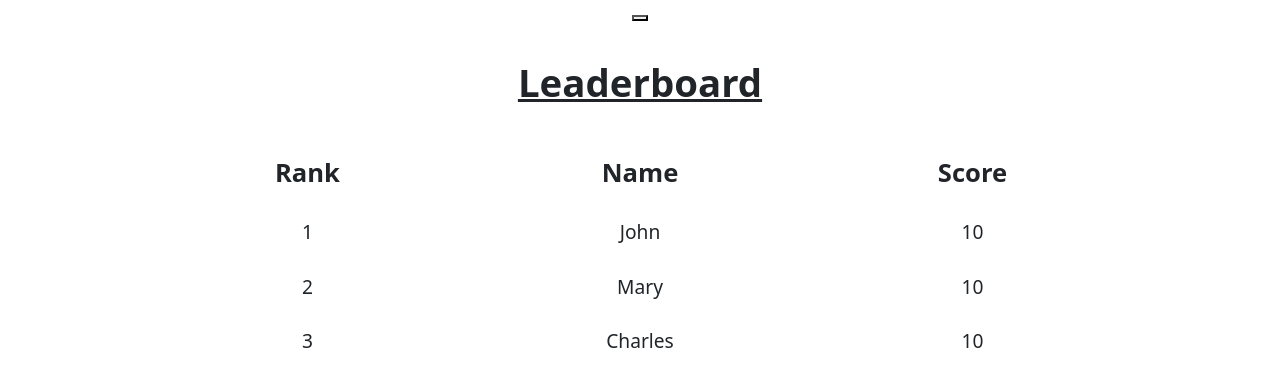
Repository: themaxermister/tik-tok-2022-A1-Hangman
Page: /
These files come from the project's save history. The page is drawn as it stood at one moment and after the next save; the edit follows.
The browser window is 1280 px wide. The pictures show the whole page.
The project was rebuilt for these pictures with package versions that can differ from the ones it lists, and the page was loaded fresh each time. Also part of the build but not shown: src/components/CustomButton.jsx, src/pages/Start.jsx.

Above is the page before, as saved 2022-05-23 17:56:54.

After the next save:
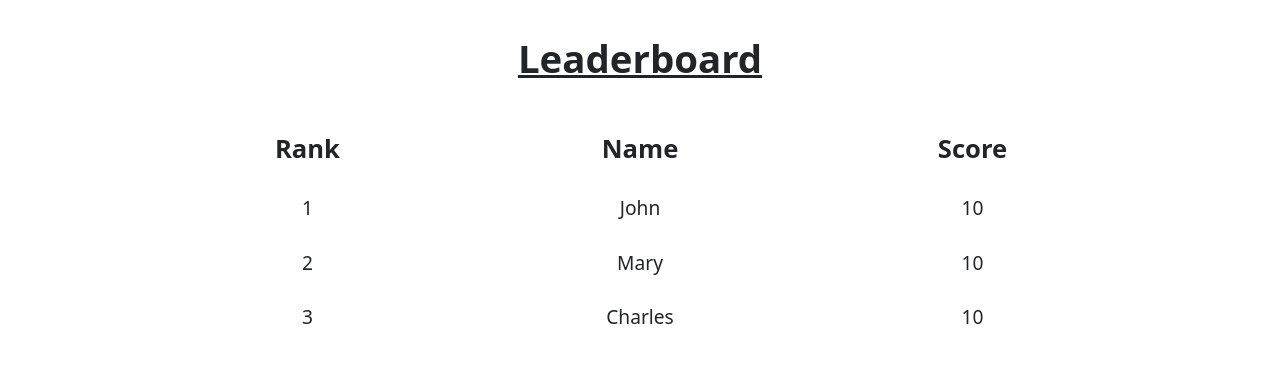
Saved 6 s later.
--- a/src/components/BackButton.jsx
+++ b/src/components/BackButton.jsx
@@ -5,7 +5,7 @@ const BackButton = () => {
 
   return (
     <React.Fragment>
-      <button><i class="bi bi-arrow-left"></i></button>
+      <i class="bi bi-arrow-left"></i>
     </React.Fragment>
   );
 };

After the 3 saves that followed:
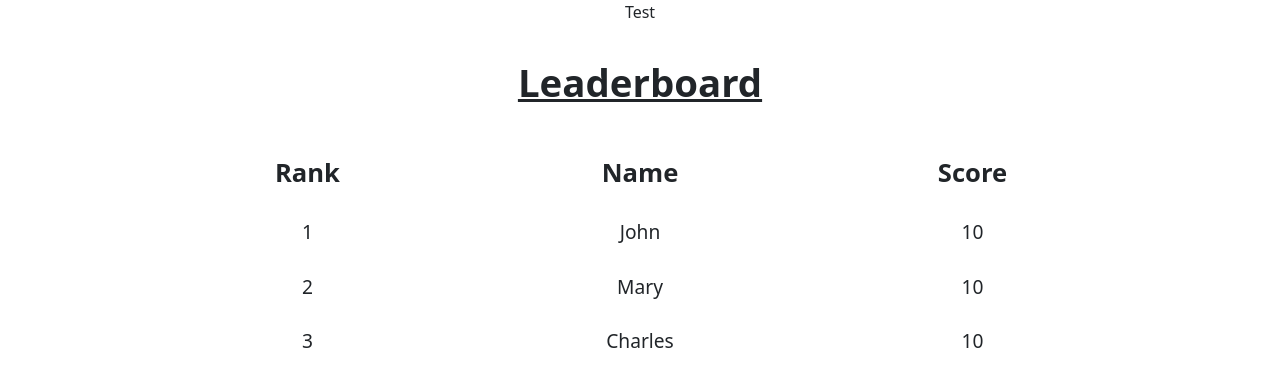
The 3 saves are shown as one change because 2 left the picture as it was.
The last was saved 111 s later.
--- a/src/pages/Leaderboard.jsx
+++ b/src/pages/Leaderboard.jsx
@@ -9,6 +9,7 @@ class Leaderboard extends Component {
     return (
       <main id="leaderboard-page">
           <div id="back-button-container">
+            Test
             <BackButton key="1"/>
           </div>
           <div id="leaderboard-title" className="sub-title">Leaderboard</div>
--- a/src/components/BackButton.jsx
+++ b/src/components/BackButton.jsx
@@ -1,7 +1,7 @@
-import React, { Component } from "react";
+import React from "react";
 
 const BackButton = () => {
-  //console.log("CustomButton - Rendered");
+  //console.log("BackButton - Rendered");
 
   return (
     <React.Fragment>
